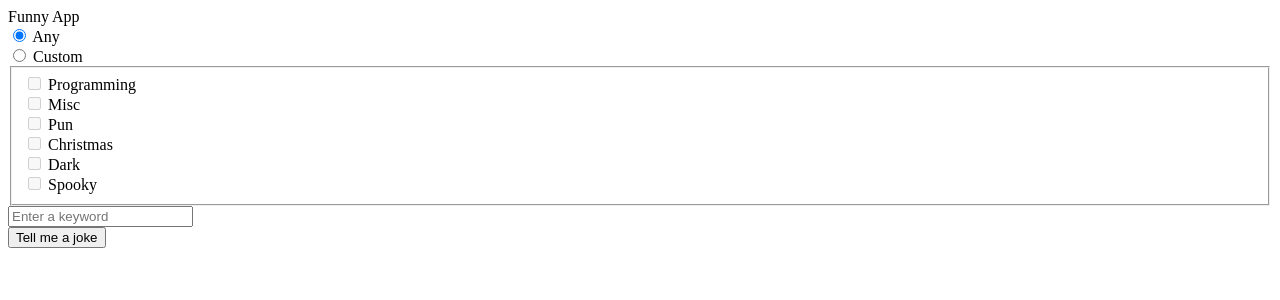
Repository: kaitlynMidori/dadJokeApi
Page: index.html
These files come from the project's save history. The page is drawn as it stood at one moment and after the next save; the edit follows.
The browser window is 1280 px wide. The pictures show the whole page.
Some web libraries are served in a nearby version.

Above is the page before, as saved 2021-01-05 21:33:18.

After the next save:
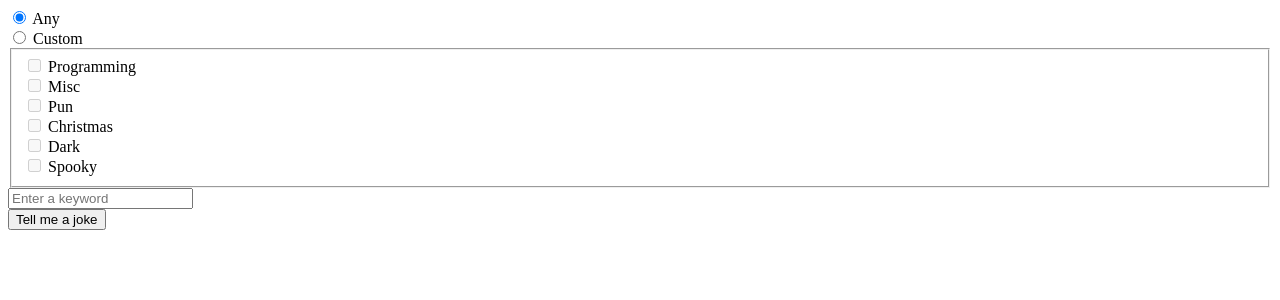
Saved 15 h 8 min later.
--- a/index.html
+++ b/index.html
@@ -9,12 +9,12 @@
           crossorigin="anonymous"></script>
 </head>
 <body>
-    <nav class="navbar navbar-light bg-light">
+    <!-- <nav class="navbar navbar-light bg-light">
         <div class="container">
           <a class="navbar-brand">Funny App</a>
 
         </div>
-    </nav>
+    </nav> -->
     <div class="container">
         <div class="d-flex flex-column align-items-center d-grid gap-3">
             <div class="form-check">
